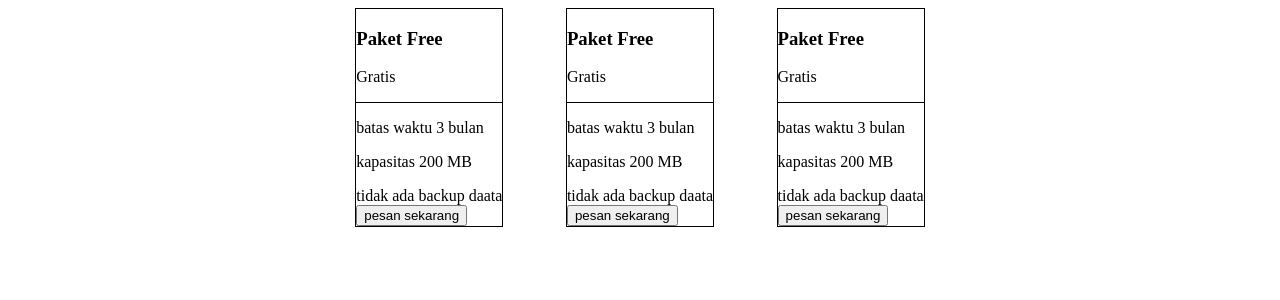
Repository: AHSANS354/tugas-sib5
Page: tugas css/index.html
An editor plug-in stored every save of this project. The page is shown before and after the next save, followed by the edit.
The browser window is 1280 px wide. The pictures show the whole page.

Above is the page before, as saved 2023-08-29 15:02:07.

After the next save:
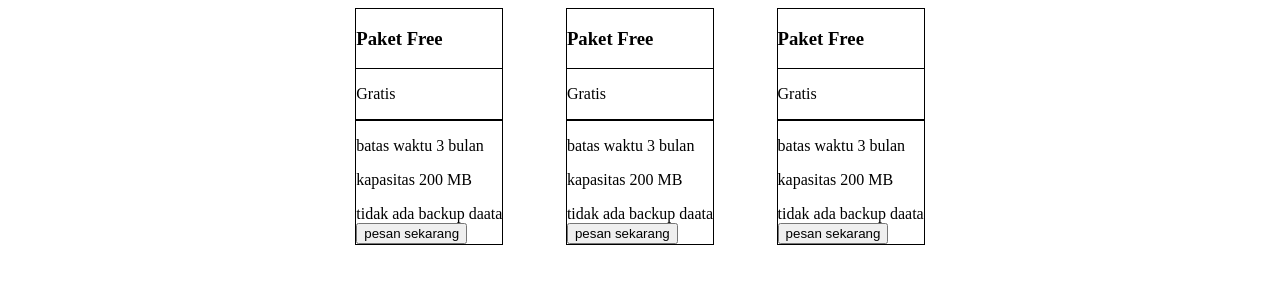
Saved 71 s later.
--- a/tugas css/style.css
+++ b/tugas css/style.css
@@ -27,3 +27,7 @@ td {
 .header {
   border-bottom: 1px solid black;
 }
+
+.header div {
+  border-bottom: 1px solid black;
+}
